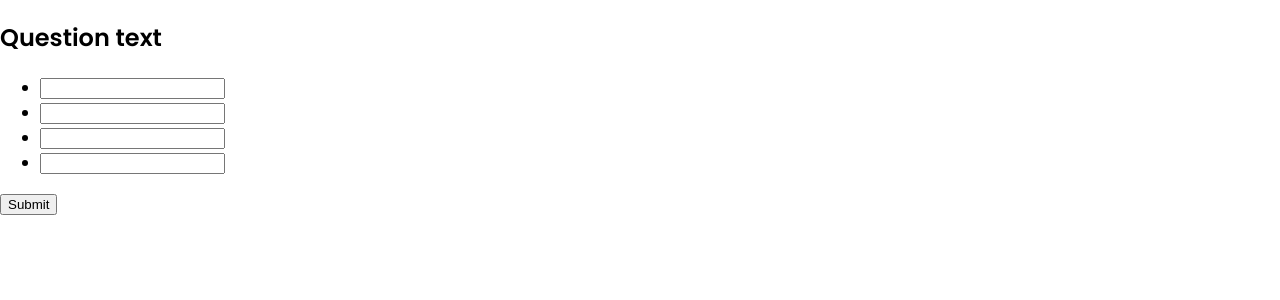
Repository: kate30980/projects-js-practice
Page: quiz-app/index.html
An editor plug-in stored every save of this project. The page is shown before and after the next save, followed by the edit.
The browser window is 1280 px wide. The pictures show the whole page.

Above is the page before, as saved 2021-09-05 21:46:38.

After the next save:
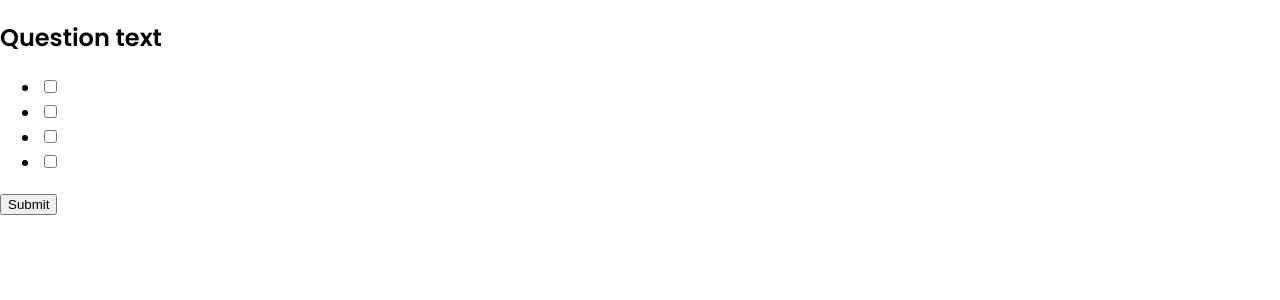
Saved 4 s later.
--- a/quiz-app/index.html
+++ b/quiz-app/index.html
@@ -13,10 +13,10 @@
     <div class="quiz-container">
         <h2>Question text</h2>
         <ul>
-            <li><input type="checbox"><label for=""></label></li>
-            <li><input type="checbox"><label for=""></label></li>
-            <li><input type="checbox"><label for=""></label></li>
-            <li><input type="checbox"><label for=""></label></li>
+            <li><input type="checkbox"><label for=""></label></li>
+            <li><input type="checkbox"><label for=""></label></li>
+            <li><input type="checkbox"><label for=""></label></li>
+            <li><input type="checkbox"><label for=""></label></li>
         </ul>
         <button>Submit</button>
     </div>
